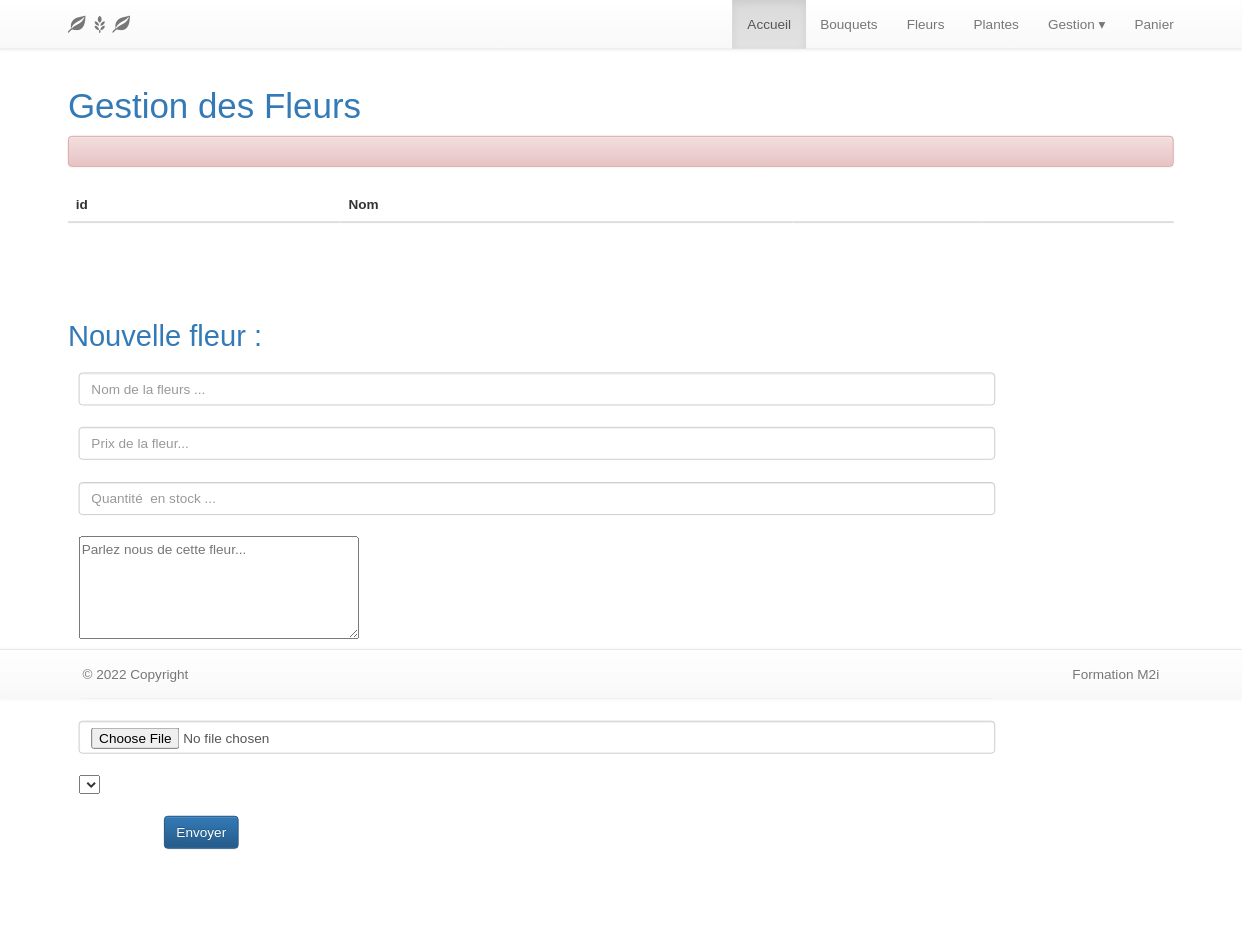
Repository: JeremT8/JavaFleuristeProject
Page: tp-fleuriste/src/main/webapp/bouquet-detail.html
The author's editor kept a copy of each file at every save. The page is drawn from the files as they stood at one save, then again after the next save.
The browser window is 1280 px wide. The pictures show the whole page, at 97% of full size.
The page's requests for data from a server got no answer. Some web libraries are served in a nearby version.

Above is the page before, as saved 2022-05-17 08:45:43.

### tp-fleuriste/src/main/webapp/bouquet-detail.html
<!DOCTYPE html>
<html>
<head>
<meta charset="UTF-8">
<title>Flow Hearts</title>
<link rel="stylesheet"
	href="https://maxcdn.bootstrapcdn.com/bootstrap/3.3.7/css/bootstrap.min.css">
<link rel="stylesheet"
	href="https://maxcdn.bootstrapcdn.com/bootstrap/3.3.7/css/bootstrap-theme.min.css">
<script
	src="https://ajax.googleapis.com/ajax/libs/jquery/3.1.1/jquery.min.js"></script>
<script
	src="https://maxcdn.bootstrapcdn.com/bootstrap/3.3.7/js/bootstrap.min.js"></script>
<link rel="apple-touch-icon" sizes="76x76" href="/apple-touch-icon.png">
<link rel="icon" type="image/png" sizes="32x32"
	href="/favicon-32x32.png">
<link rel="icon" type="image/png" sizes="16x16"
	href="/favicon-16x16.png">
<link rel="manifest" href="/site.webmanifest">
<link rel="mask-icon" href="/safari-pinned-tab.svg" color="#5bbad5">
<meta name="msapplication-TileColor" content="#da532c">
<meta name="theme-color" content="#ffffff">
<link rel="stylesheet" href="css/commun.css">
<script src="./js/fleurs.js"></script>
</head>
<body>
	<nav class="navbar navbar-default navbar-fixed-top">
		<div class="container">
			<div class="navbar-header">
				<a href="index.html" class="navbar-brand active"> <span
					class="glyphicon glyphicon-leaf rotate-leaf"></span> <span
					class="glyphicon glyphicon-grain"></span> <span
					class="glyphicon glyphicon-leaf"></span>
				</a>
				<button class="navbar-toggle" type="button" data-toggle="collapse"
					data-target="#navbar-main">
					<span class="icon-bar"></span> <span class="icon-bar"></span> <span
						class="icon-bar"></span>
				</button>
			</div>
			<div class="navbar-collapse collapse" id="navbar-main">
				<ul class="nav navbar-nav navbar-right">
					<li class="active"><a href="index.html">Accueil</a></li>
					<li><a href="bouquets.html">Bouquets</a></li>
					<li><a href="fleurs.html">Fleurs</a></li>
					<li><a href="plantes.html">Plantes</a></li>
					<li class="nav-item dropdown"><a
						class="nav-link dropdown-toggle" href="#" id="navbarDropdown"
						role="button" data-toggle="dropdown" aria-haspopup="true"
						aria-expanded="false"> Gestion ▾ </a>
						<div class="dropdown-menu" aria-labelledby="navbarDropdown">
							<a class="dropdown-item" href="plantes.html">Plantes</a>
							<div class="dropdown-divider"></div>
							<a class="dropdown-item" href="fleurs.html">Fleurs</a>
							<div class="dropdown-divider"></div>
							<a class="dropdown-item" href="bouquets.html">Bouquets</a>
							<div class="dropdown-divider"></div>
							<a class="dropdown-item" href="saisons.html">Saisons</a>
							<div class="dropdown-divider"></div>
							<a class="dropdown-item" href="styles.html">Styles</a>
						</div></li>
					<li><a href="panier.html"> Panier</a></li>
				</ul>
			</div>
		</div>
	</nav>


	<div class="container">
		<h1 class="bleu">Gestion des Fleurs</h1>

		<div class="alert alert-danger" id="errorFleurs"></div>

		<table class="table table-hover table-striped">
			<thead>
				<tr>
					<th>id</th>
					<th>Nom</th>
					<th>&nbsp;</th>
					<th>&nbsp;</th>
				</tr>
			</thead>
			<tbody id="tbodyliste">
			</tbody>

		</table>
		<br> <br> <br>
		<h2 class="bleu">Nouvelle fleur :</h2>
		<div>
			<form class="form-horizontal">
				<div class="form-group">
					<div class="col-xs-10 input-form">
						<input type="text" id="nomFleurs"
							placeholder="Nom de la fleurs ..." required class="form-control" />
					</div>
					<div class="col-xs-10 input-form">
						<input type="number" id="tarifFleurs"
							placeholder="Prix de la fleur..." required class="form-control"  step="0.01"/>
					</div>
					<div class="col-xs-10 input-form">
						<input type="number" id="qteFleurs"
							placeholder="Quantité  en stock ..." required
							class="form-control" step="1" />
					</div>
					<div class="col-xs-10 input-form">
						<textarea id="descFleurs" name="story" rows="5" cols="33" placeholder="Parlez nous de cette fleur..."></textarea>
					</div>
					<div class="col-xs-10 input-form">
						<input type="text" id="couleurFleurs"
								placeholder="Couleur de la fleur ..." required
								class="form-control" />
					</div>
					<div class="col-xs-10 input-form">
						<input type="file" id="urlFleurs"
								placeholder="Importer l'image de la fleur" required
								class="form-control" />
					</div>
					<div class="col-xs-10 input-form">
						<select id="saisonFleurs">
						</select>
					</div>

					<div class="col-xs-2 input-form">
						<button type="button" id="bAjoutFleurs"
								class="btn btn-primary pull-right">Envoyer</button>
					</div>

				</div>

			</form>
		</div>
	</div>


	<nav class="navbar navbar-default navbar-fixed-bottom">
		<div class="container">
			<ul class="nav navbar-nav  navbar-foot">
				<li class="pull-left"><a>© 2022 Copyright</a></li>
				<li class="pull-right"><a>Formation M2i</a></li>
			</ul>
		</div>
	</nav>
</body>
</html>

### tp-fleuriste/src/main/webapp/css/commun.css
body {
	padding-top: 70px;
	padding-bottom: 70px;
	font-family: 'Montserrat', sans-serif !important;

}

.navbar-foot {
	width: 100%;
}

.rouge {
	color: red;
}

.vert {
	color: green;
}

.bleu, .glyphicon-shopping-cart {
	color: #337ab7;
}
.gros{
	font-size: 1.0em;
	padding-left: 15px;
	padding-right: 15px;
}
.glyphicon-menu-up, .glyphicon-menu-down{
	font-size: 0.7em;
}
.supp, .modif, .tri{
/* 	cursor:crosshair;	 */
	cursor:pointer;
}

textarea.noresize{
	resize: none;
}

#map{
	width : 100%;
	height : 400px;
	border : 1px solid #337ab7;
}

.icon-flipped {
transform: scaleX(-1);
-moz-transform: scaleX(-1);
-webkit-transform: scaleX(-1);
-ms-transform: scaleX(-1);
}


.bottle{
	display: inline-block !important;
}

a.dropdown-item {
	color: black;
	text-decoration: none;
	width:100%;
	margin: 4% auto;
}

.open > .dropdown-menu  {
	display: flex;
	flex-wrap: wrap;
	flex-direction: column;
	text-align: center;
	letter-spacing: 2px;
}


.input-form {
	margin:0.8em;
}

.div-form-input {
	margin: 0% 0% 1.2em 0%;
}

select#saison, select#style {
	width: 95%;
	margin: 0% 2% 0% 2%;
}

#content {
	display: flex;
	justify-content: space-around;
	flex-wrap: wrap;
}

.card {
	box-shadow: 1px 1px 1px grey;
	border-color: black !important;
	border-radius: 5%;
	margin: 2%;
	display: flex;
	flex-direction: column;
	align-items: center;
	text-align: center;
}

.card-img-top {
	max-width: 400px;
	max-height: 400px;
}


.card-title {
	font-size: 1.2em;
	font-weight: bold;
}

.tarif-card {
	color: green;
	font-weight: bold;
	font-size: 1.4rem;
}

### tp-fleuriste/src/main/webapp/js/fleurs.js
$(function() {
	getFleurs();
	getSaisons();
	$("#bAjoutFleur").on("click", ajouterFleur);
});

function getFleurs() {
	$.get("http://localhost:8080/tp-fleuriste/rs/fleurs", afficherFleurs);
}

function getSaisons() {
	$.get("http://localhost:8080/tp-fleuriste/rs/saisons", function(saisons) {

		var data = "";
		saisons.forEach(function(s) {
			data += "<option value=" + s.id + ">" + s.libelle + "</option>";
		});

		$("#saison").html(data);

	});
}
function afficherFleurs(fleurs) {
	var data = "";
	$("#nbFleur").html(fleurs.length);
	fleurs.forEach(function(f) {
		var tr = "<tr>";
		tr += "<td>" + f.id + "</td>";
		tr += "<td><button onclick='afficheFleur(" + f.id + ")' type='button' class='btn btn-link'>" + f.nom + "</button></td>";
		tr += "<td>" + f.tarif + "</td>";
		tr += "<td>" + f.quantite + "</td>";
		tr += "<td>" + f.saison.libelle + "</td>";
		tr += "<td class='centre'><button onclick='modifFleur(" + f.id + ")' type='button' class='btn btn-xs btn-success'>Modifier</button></td>";
		tr += "<td class='centre'><button onclick='suppFleur(" + f.id + ")' type='button' class='btn btn-xs btn-danger'>Supprimer</button></td>";
		tr += "</tr>";

		data += tr;
	})
	$("#tbodyliste").html(data);
}

function ajouterFleur() {

	var data = {
		nom: $("#nomFleur").val(),
		tarif: $("#tarifFleur").val(),
		quantite: $("#quantiteFleur").val(),
		description: $("#infoFleur").val(),
		image: $("#urlImageFleur").val(),
		couleur: $("#couleurFleur").val(),
		saison: {
			id: $("#saison").val()
		},
	}


	$.ajax({
		type: 'post',
		url: 'http://localhost:8080/tp-fleuriste/rs/fleurs',
		data: JSON.stringify(data),
		contentType: "application/json;charset=utf-8",
		success: function() {
			window.location = "fleurs.html";
		}
	})
		.fail(function() {
			$("#errorFleurs").css("display", "block");
			$("#errorFleurs").html("Une erreur est survenue lors de l'ajout");
		})
}

function afficheFleur(id) {
	window.location = "fleur-detail.html?id=" + id;
}

function modifFleur(id) {
	window.location = "modiffleur.html?id=" + id;
}

function suppFleur(id) {
	$.ajax({
		type: 'delete',
		url: 'http://localhost:8080/tp-fleuriste/rs/fleurs/' + id,
		success: function() {
			getFleurs();
		}
	})
		.fail(function() {
			$("#errorFleurs").css("display", "block");
			$("#errorFleurs").html("Une erreur est survenue lors de la suppression");
		})
}

After the next save:
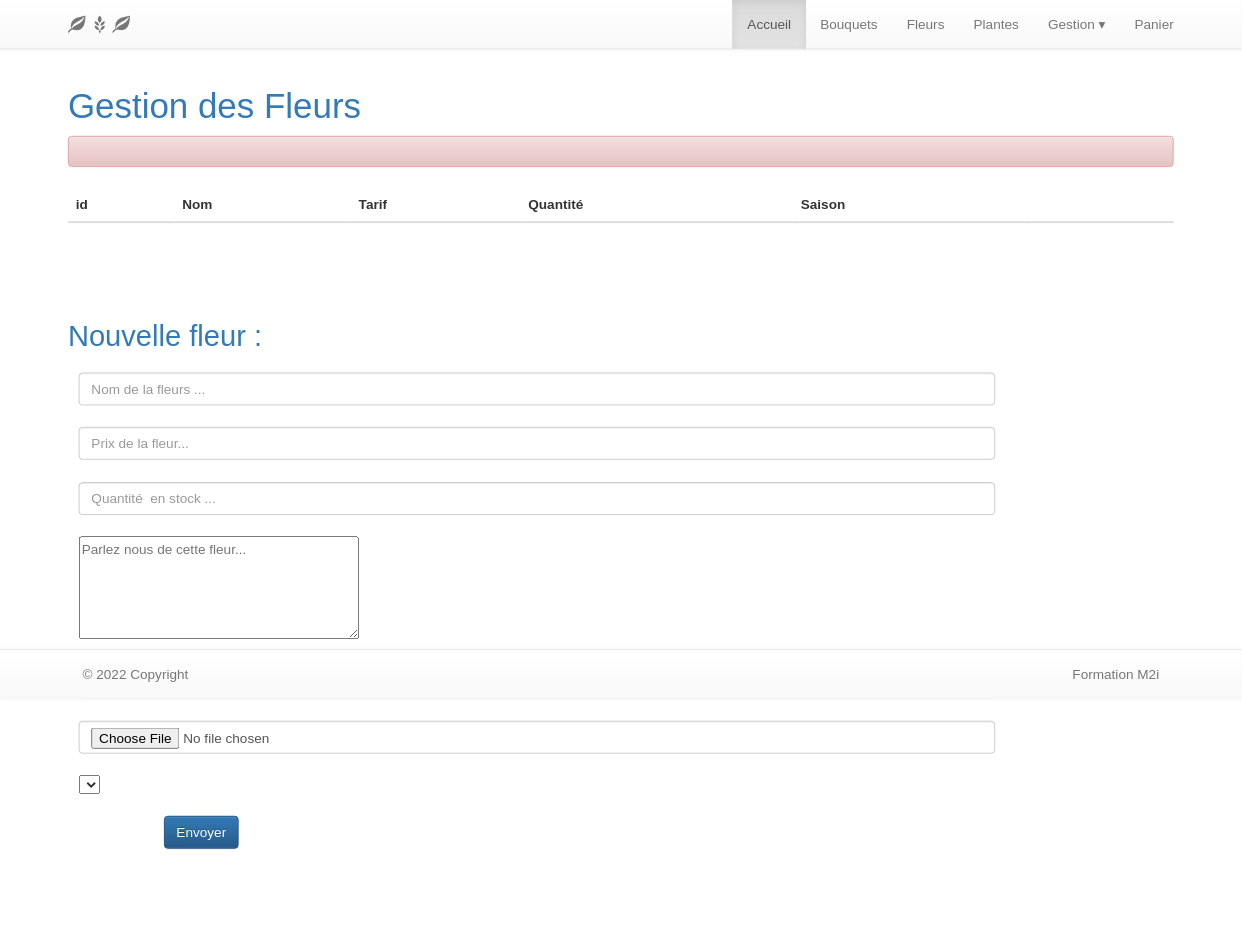
Saved 16 min 5 s later.
--- a/tp-fleuriste/src/main/webapp/bouquet-detail.html
+++ b/tp-fleuriste/src/main/webapp/bouquet-detail.html
@@ -76,6 +76,9 @@
 				<tr>
 					<th>id</th>
 					<th>Nom</th>
+					<th>Tarif</th>
+					<th>Quantité</th>
+					<th>Saison</th>
 					<th>&nbsp;</th>
 					<th>&nbsp;</th>
 				</tr>
